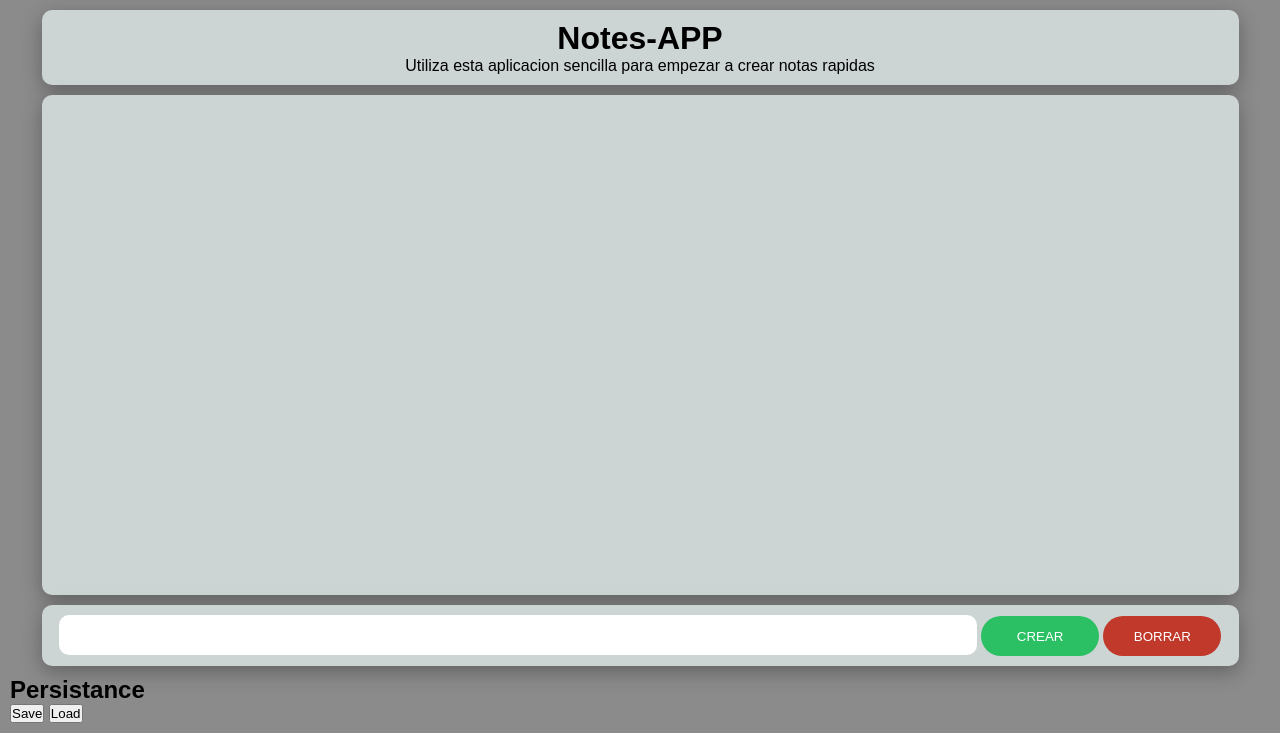
Repository: iocolopus/learn_web
Page: to_do persistente/index.html
An editor plug-in stored every save of this project. The page is shown before and after the next save, followed by the edit.
The browser window is 1280 px wide. The pictures show the whole page.

Above is the page before, as saved 2026-02-16 22:40:20.

### to_do persistente/index.html
<!DOCTYPE html>
<html lang="en">
<head>
    <meta charset="UTF-8">
    <meta name="viewport" content="width=device-width, initial-scale=1.0">
    <link rel="stylesheet" href="styles.css">
    <title>NOTES</title>
</head>
<body>
    <header>
    <h1>Notes-APP</h1>
    <p>Utiliza esta aplicacion sencilla para empezar a crear notas rapidas</p>
    </header>
    <main>
    <div id="notes-container">
        <ul id="notes_list"></ul>
    </div>
    <div id="note-creation-container">
        <input type="text" id="text_box">
        <button class="button" id="create">CREAR</button>
        <button class="button" id="delete">BORRAR</button>
    </div>
    </main>
    <footer>
        <h2>Persistance</h2>
        <button id="save_button">Save</button>
        <button id="load_button">Load</button>
    </footer>
    <script src="script.js"></script>
</body>
</html>

### to_do persistente/styles.css
* {
    margin: 0;
    padding: 0;
    box-sizing: border-box;
}

body {
    font-family:Arial, Helvetica, sans-serif;
    background-color: rgba(44, 44, 44, 0.548);
    padding: 10px;
}

header, #notes-container, #note-creation-container{
    margin-left: auto;
    margin-right: auto;
    margin-bottom: 10px;
    padding: 10px;
    width: 95%;
    border-radius: 10px;
    background-color:rgb(205, 212, 212);
    box-shadow: 0px 6px 20px 0px rgba(0, 0, 0, 0.3) ;
}

header {
    text-align: center;
    display: block;

}

#notes-container {
    min-height: 200px;
    min-height: 500px;
    height: 80%;


}

.note {
    border-left: 2px solid rgb(58, 58, 58);
    margin: 10px;
    text-align: left;
    padding: 10px;
    box-shadow: 0 2px 4px rgba(0, 0, 0, 0.1);
    border-radius: 10px;
    list-style: none;
    background-color: aliceblue;
    transform: translateX(0);
    transition: all 0.3s ease;
}

.note:hover {
    transform: translateX(10px);
}

#note-creation-container {
    padding: 10px;

    margin-top: 10px;
    text-align: center;



}

#text_box {
    width: 78%;
    height: 40px;
    padding: 15px;
    border: none;
    border-radius: 10px;
    border: 2px solid transparent;
    font-size: 15px;

}

#text_box:focus {
    outline: 2px solid black;

}

.button {
    background-color: black;
    transition: all 0.2s ease;
    color: white;
    height: 40px;
    width: 10%;
    border: none;
    border-radius: 20px;
}

#delete {
    background-color: #c0392b;
}

#delete:hover {
    background-color: #e74c3c;
}

#create {
    background-color: #2bc064;
}

#create:hover {
    background-color: #34ee7b;
}


.button:hover {
    background-color: gray;
    transform: scale(1.02);
    box-shadow: 0 0 10px rgba(0, 0, 0, 0.3);
    cursor: pointer;
}

#btn_del_note {
    position: absolute;
    right: 10px;
    top: 7px;
    width: 50px;
    height: 25px;


}

#btn_del_note:hover {
    transform: translate(3px, 0);
    background-color: #c0392b;
}

h1 {
    font-family:Arial, Helvetica, sans-serif
}

### to_do persistente/script.js
const input = document.getElementById("text_box");
const create_btn = document.getElementById("create");
const delete_btn = document.getElementById("delete");
const notesContainer = document.getElementById("notes_list");

let event;

function add() {
    const texto = input.value;

    if (texto == "") {
        return;
    }

    const nueva_nota = document.createElement("li");
    nueva_nota.textContent = texto;
    nueva_nota.className = "note";


    const boton_eliminar = document.createElement("button")
    boton_eliminar.classList.add('del_note_button', "button")
    boton_eliminar.id = "btn_del_note"
    boton_eliminar.textContent = "🗑️"

    nueva_nota.appendChild(boton_eliminar)
    notesContainer.appendChild(nueva_nota);

    input.value = "";
}

function del_last() {
    const list_item = notesContainer.lastElementChild;
    if (list_item) {
        list_item.remove();
    }
}

function del_note(event) {
    console.log(event)
    if (event.target.classList.contains('del_note_button')){
        console.log("eliminando nota")
        event.target.parentElement.remove()
    }
}

delete_btn.addEventListener("click", del_last);
create_btn.addEventListener("click", add);



input.addEventListener("keypress", function(event) {
    if (event.key == "Enter") {
        create_btn.click();íí
    }
});

input.addEventListener("keydown", function(event) {
    if (event.key == "Delete") {
        delete_btn.click();
    }
});

notesContainer.addEventListener("click",  del_note)

After the next save:
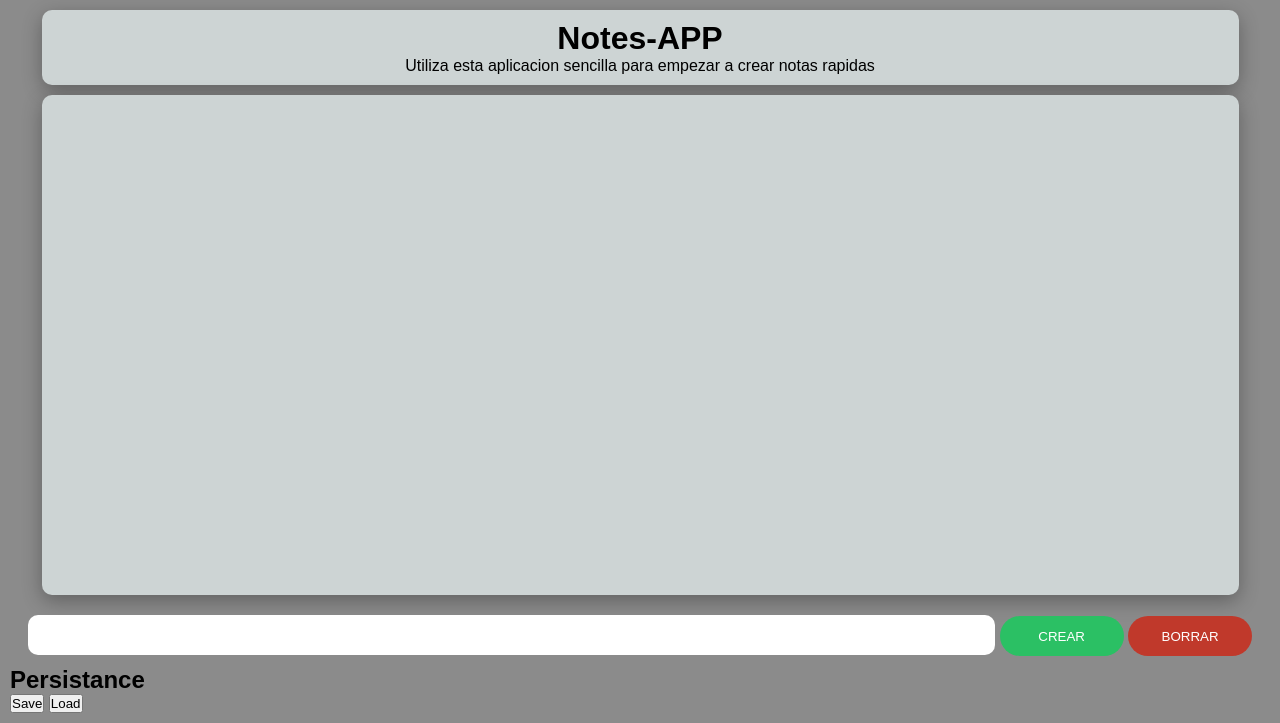
Saved 16 s later.
--- a/to_do persistente/styles.css
+++ b/to_do persistente/styles.css
@@ -10,7 +10,7 @@ body {
     padding: 10px;
 }
 
-header, #notes-container, #note-creation-container{
+header, #notes-container, #note-creation-container footer{
     margin-left: auto;
     margin-right: auto;
     margin-bottom: 10px;
